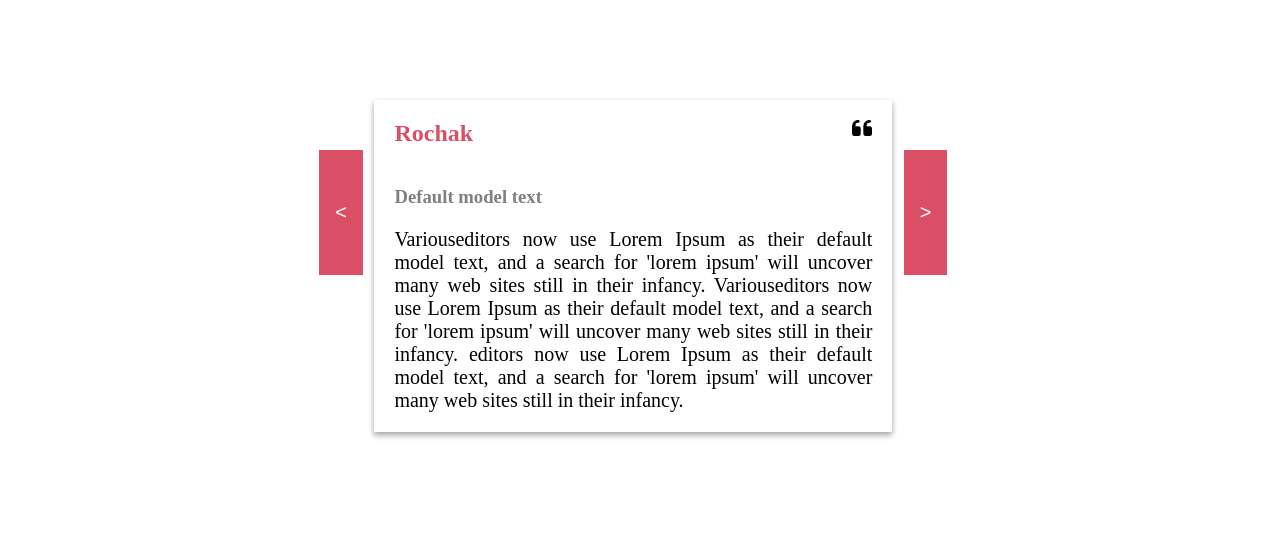
Repository: AVINKUMARP/gifts
Page: demo2.html
The author's editor kept a copy of each file at every save. The page is drawn from the files as they stood at one save, then again after the next save.
The browser window is 1280 px wide. The pictures show the whole page.

Above is the page before, as saved 2023-08-24 14:35:49.

After the next save:
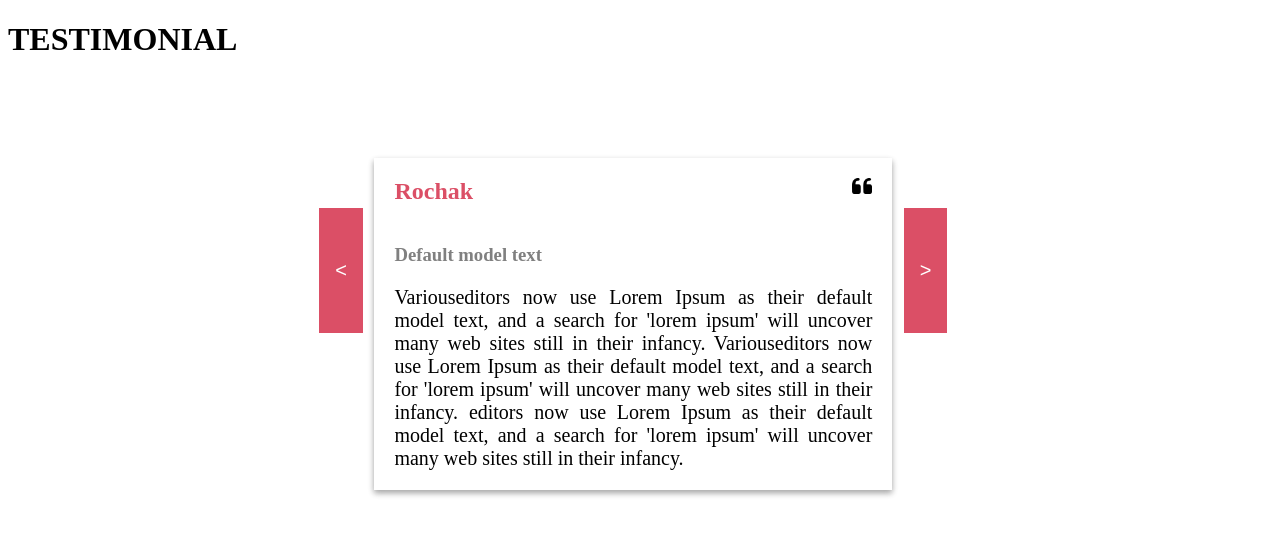
Saved 25 s later.
--- a/demo2.html
+++ b/demo2.html
@@ -92,7 +92,7 @@
 </head>
 
 <body>
-    <div class="text"><h1></h1></div>
+    <div class="text"><h1>TESTIMONIAL</h1></div>
     <div class="container">
 
         <div class="cbutl"><button><</button>
